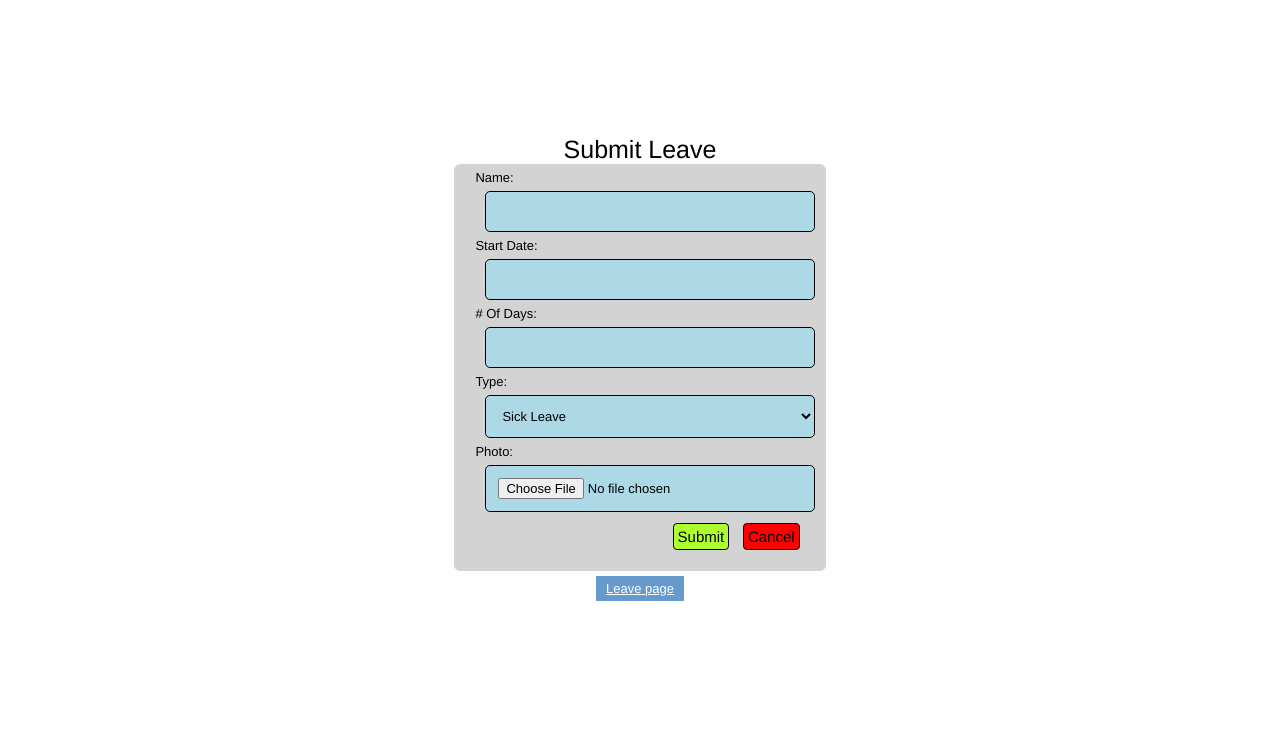
Repository: Murad71/BasicCRUD
Page: index.html
These files come from the project's save history. The page is drawn as it stood at one moment and after the next save; the edit follows.
The browser window is 1280 px wide. The pictures show the whole page.

Above is the page before, as saved 2023-04-18 21:18:38.

After the next save:
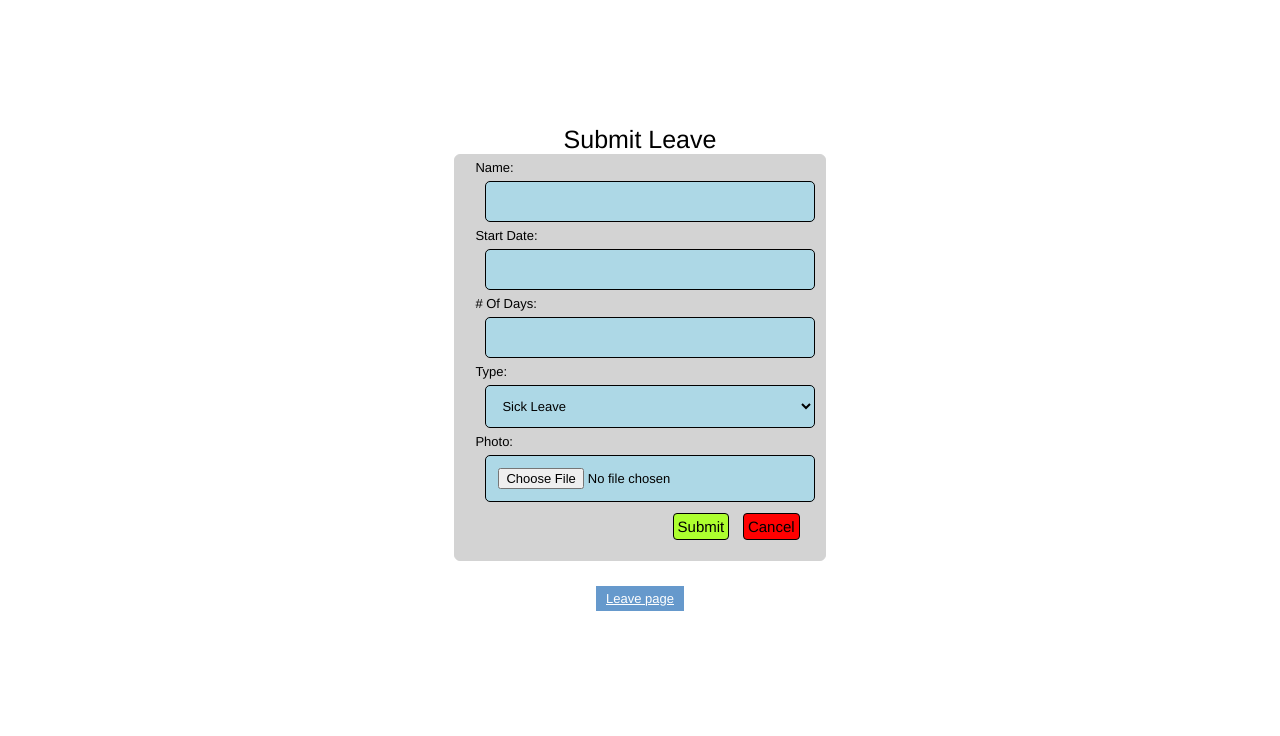
Saved 36 s later.
--- a/index.css
+++ b/index.css
@@ -19,7 +19,7 @@
   border: 1px solid lightgray;
   border-radius: 6px;
   flex-direction: column;
-  margin: 0 auto;
+  margin-bottom: 20px;
   width: 100%;
 }
 
